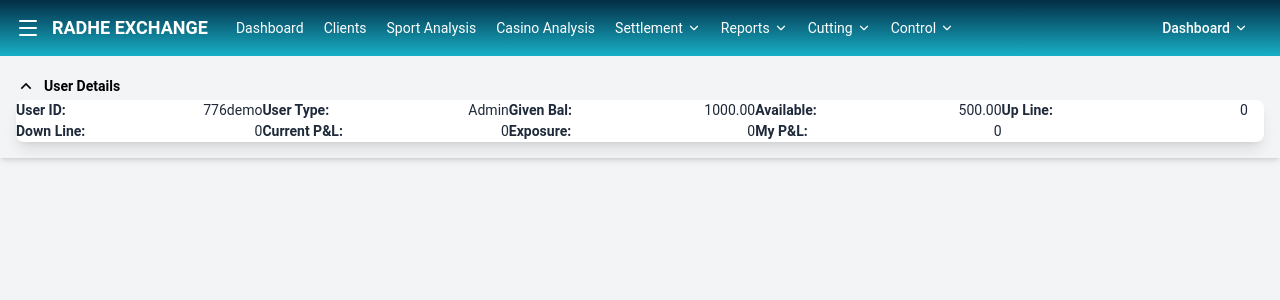
Repository: Habeebur1493/Radhe-Exchange
Page: /dashboard (app in frontend/), after clicking the first element matching `div.cursor-pointer`
These files come from the project's save history. The page is drawn as it stood at one moment and after the next save; the edit follows.
The browser window is 1280 px wide. The pictures show the whole page.
Some web libraries are served in a nearby version. The project was rebuilt for these pictures with package versions that can differ from the ones it lists, and the page was loaded fresh each time. Also part of the build but not shown: frontend/vite.config.js, frontend/src/components/login.jsx, frontend/src/components/Register.jsx.

Above is the page before, as saved 2025-03-04 10:33:00.

### frontend/index.html
<!doctype html>
<html lang="en">
  <head>
    <meta charset="UTF-8" />
    <meta name="viewport" content="width=device-width, initial-scale=1.0" />
    <link
    href="https://cdn.jsdelivr.net/npm/remixicon@4.5.0/fonts/remixicon.css"
    rel="stylesheet"
/>
    <title>Radheexch | Admin</title>

  </head>
  <body>
    <div id="root"></div>
    <script type="module" src="/src/main.jsx"></script>
  </body>
</html>

### frontend/src/App.jsx
import React from "react";
import "./App.css";
import { Navigate, Routes, Route } from "react-router-dom";
import Login from "./components/login";
import Register from "./components/Register";
import Dashboard from "./components/dashboard";

const App = () => {
  return (
    <div>
      <Routes>
        <Route path="/" element={<Navigate to="/login" />} />
        <Route path="/login" element={<Login />} />
        <Route path="/register" element={<Register />} />
        <Route path="/dashboard" element={<Dashboard />} />
      </Routes>
    </div>
  );
};

export default App;

### frontend/src/App.css
@import "tailwindcss";

@import url('https://fonts.googleapis.com/css2?family=Roboto:ital,wght@0,100..900;1,100..900&display=swap');

:root {
    --primary-background: linear-gradient(#022d45, #18b0c7);
    --secondary-background: linear-gradient(#5dcbde, #075366);
    --tertiary-background: linear-gradient(#007182, #4ab4c7);
}

.main{
    background: var(--primary-background);
    font-family: "Roboto", sans-serif;
}

.btn{
    background: var(--secondary-background);
    font-family: "Roboto", sans-serif;
}

nav{
    background: var(--primary-background);
    font-family: "Roboto", sans-serif;
    font-size: 14px;
}
.dashboard{
    font-family: "Roboto", sans-serif;
    font-size: 14px;
}

.sidebar{
    background: var(--tertiary-background);
    font-family: "Roboto", sans-serif;
    font-size: 14px;
}

### frontend/src/components/dashboard.jsx
import React, { useState } from "react";
import { Menu, ChevronDown } from "lucide-react";

const Dashboard = () => {
  const [sidebarOpen, setSidebarOpen] = useState(false);
  const [isDropdownOpen, setIsDropdownOpen] = useState(false);
  const [isOpen, setIsOpen] = useState(false);


  return (
    <div className="dashboard min-h-screen bg-gray-100 overflow-x-hidden">
      {/* Navbar */}
      <nav className="bg-[--primary-background] text-white flex items-center h-14 px-4 shadow-md">
        {/* Left Section: Logo & Menu Button */}
        <div className="flex items-center space-x-3">
          <button
            onClick={() => setSidebarOpen(!sidebarOpen)}
            className="text-white"
          >
            <Menu size={24} />
          </button>
          <h1 className="text-lg font-bold">RADHE EXCHANGE</h1>
        </div>

        {/* Navbar Links (Now Closer to H1) */}
        <div className="ml-6 flex items-center">
          <ul className="hidden md:flex space-x-3">
            {["Dashboard", "Clients", "Sport Analysis", "Casino Analysis"].map(
              (item) => (
                <li key={item}>
                  <a
                    href="#"
                    className="h-14 flex items-center px-1 hover:bg-[#18b0c7] transition-all duration-200 ease-in-out"
                  >
                    {item}
                  </a>
                </li>
              )
            )}

            {/* Dropdown Menus */}
            {["Settlement"].map((item) => (
              <li key={item} className="relative group">
                <button className="h-14 flex items-center px-1 hover:bg-[#18b0c7] transition-all duration-200 ease-in-out">
                  {item}
                  <ChevronDown size={14} className="ml-1" />
                </button>

                {/* Dropdown - Show on Hover */}
                <div className="absolute left-0 mt-0 w-40 bg-[#16a2ba] text-white opacity-0 group-hover:opacity-100 group-hover:block transition-all duration-200 ease-in-out">
                  <a
                    href="#"
                    className="block px-4 py-2 hover:bg-[#107a8d] border-b-1 border-gray-500"
                  >
                    User
                  </a>
                  <a href="#" className="block px-4 py-2 hover:bg-[#107a8d]">
                    Master
                  </a>
                </div>
              </li>
            ))}
            {/* Dropdown Menus */}
            {["Reports"].map((item) => (
              <li key={item} className="relative group">
                <button className="h-14 flex items-center px-1 hover:bg-[#18b0c7] transition-all duration-200 ease-in-out">
                  {item}
                  <ChevronDown size={14} className="ml-1" />
                </button>

                {/* Dropdown - Show on Hover */}
                <div className="absolute left-0 mt-0 w-40  bg-[#16a2ba] text-white opacity-0 group-hover:opacity-100 group-hover:block transition-all duration-200 ease-in-out">
                  <a
                    href="#"
                    className="block px-4 py-2 hover:bg-[#107a8d] border-b-1 border-gray-500"
                  >
                    User Detail
                  </a>
                  <a
                    href="#"
                    className="block px-4 py-2 hover:bg-[#107a8d] border-b-1 border-gray-500"
                  >
                    Account Satatement
                  </a>
                  <a
                    href="#"
                    className="block px-4 py-2 hover:bg-[#107a8d]  border-b-1 border-gray-500"
                  >
                    Settlement/Balance Report
                  </a>
                  <a
                    href="#"
                    className="block px-4 py-2 hover:bg-[#107a8d]  border-b-1 border-gray-500"
                  >
                    Transaction Report
                  </a>
                  <a
                    href="#"
                    className="block px-4 py-2 hover:bg-[#107a8d]  border-b-1 border-gray-500"
                  >
                    Current Bets
                  </a>
                  <a
                    href="#"
                    className="block px-4 py-2 hover:bg-[#107a8d]  border-b-1 border-gray-500"
                  >
                    Profit & Loss Report
                  </a>
                  <a
                    href="#"
                    className="block px-4 py-2 hover:bg-[#107a8d]  border-b-1 border-gray-500"
                  >
                    Event Profit & Loss Report
                  </a>
                  <a
                    href="#"
                    className="block px-4 py-2 hover:bg-[#107a8d]  border-b-1 border-gray-500"
                  >
                    Bet History
                  </a>
                  <a
                    href="#"
                    className="block px-4 py-2 hover:bg-[#107a8d]  border-b-1 border-gray-500"
                  >
                    Live Bets
                  </a>
                  <a
                    href="#"
                    className="block px-4 py-2 hover:bg-[#107a8d] border-b-1 border-gray-500"
                  >
                    Sports Revenue
                  </a>
                  <a
                    href="#"
                    className="block px-4 py-2 hover:bg-opacity-50  border-b-1 border-gray-500"
                  >
                    IP lookup
                  </a>
                </div>
              </li>
            ))}
            {/* Dropdown Menus */}
            {["Cutting"].map((item) => (
              <li key={item} className="relative group">
                <button className="h-14 flex items-center px-1 hover:bg-[#18b0c7] transition-all duration-200 ease-in-out">
                  {item}
                  <ChevronDown size={14} className="ml-1" />
                </button>

                {/* Dropdown - Show on Hover */}
                <div className="absolute left-0 mt-0 w-40  bg-[#16a2ba] text-white opacity-0 group-hover:opacity-100 group-hover:block transition-all duration-200 ease-in-out">
                  <a
                    href="#"
                    className="block px-4 py-2 hover:bg-[#107a8d]  border-b-1 border-gray-500"
                  >
                    Agent Master
                  </a>
                  <a href="#" className="block px-4 py-2 hover:bg-[#107a8d]">
                    Cutting History
                  </a>
                </div>
              </li>
            ))}
            {/* Dropdown Menus */}
            {["Control"].map((item) => (
              <li key={item} className="relative group">
                <button className="h-14 flex items-center px-1 hover:bg-[#18b0c7] transition-all duration-200 ease-in-out">
                  {item}
                  <ChevronDown size={14} className="ml-1" />
                </button>

                {/* Dropdown - Show on Hover */}
                <div className="absolute left-0 mt-1 w-40  bg-[#16a2ba] text-white opacity-0 group-hover:opacity-100 group-hover:block transition-all duration-200 ease-in-out">
                  <a
                    href="#"
                    className="block px-4 py-2 hover:bg-[#107a8d]  border-b-1 border-gray-500"
                  >
                    Game
                  </a>
                  <a href="#" className="block px-4 py-2 hover:bg-[#107a8d]">
                    Casino
                  </a>
                </div>
              </li>
            ))}
          </ul>
        </div>

        {/* Move Dashboard Dropdown to the Right */}
        <div className="ml-auto">
          <ul className="hidden md:flex text-sm font-medium">
            <li className="relative">
              <button
                onClick={() => setIsDropdownOpen(!isDropdownOpen)}
                className="flex items-center space-x-1 focus:outline-none px-4 h-14"
              >
                <span>Dashboard</span>
                <ChevronDown size={14} />
              </button>

              {/* Dropdown Menu - Shows on Click */}
              {isDropdownOpen && (
                <div className="absolute h-20 right-5 w-40 bg-white text-gray-800 shadow-md rounded-md">
                  <a href="#" className="block px-4 py-2 hover:bg-gray-200">
                    Change Password
                  </a>
                  <a href="#" className="block px-4 py-2 hover:bg-gray-200">
                    Log Out
                  </a>
                </div>
              )}
            </li>
          </ul>
        </div>
      </nav>

      {/* Header */}
      <header className="bg-gray-100 p-4 shadow-md">
      {/* Dropdown Toggle */}
      <div
        className="cursor-pointer flex items-center space-x-2"
        onClick={() => setIsOpen(!isOpen)}
      >
        <i className={`ri-arrow-down-s-line text-xl transition-transform ${isOpen ? "rotate-180" : ""}`}></i>
        <span className="font-semibold">User Details</span>
      </div>

      {/* Dropdown Content */}
      {isOpen && (
        <div className=" bg-white shadow-lg rounded-lg transition-all duration-300">
          <div className="grid grid-cols-5 mr-4 text-gray-800">
            {[
              { label: "User ID", value: "776demo" },
              { label: "User Type", value: "Admin" },
              { label: "Given Bal", value: "1000.00" },
              { label: "Available", value: "500.00" },
              { label: "Up Line", value: "0" },
              { label: "Down Line", value: "0" },
              { label: "Current P&L", value: "0" },
              { label: "Exposure", value: "0" },
              { label: "My P&L", value: "0" },
            ].map((item, index) => (
              <div key={index} className="flex items-center justify-between">
                <label className="font-semibold">{item.label}:</label>
                <span className="ml-2">{item.value}</span>
              </div>
            ))}
          </div>
        </div>
      )}
    </header>

      {/* Sidebar */}
      {sidebarOpen && (
        <div className="sidebar bg-[--tertiary-background] shadow-lg w-60 h-full absolute top-[56px] left-0 p-2">
          <ul className="space-y-2 text-gray-800">
            {[
              "Dashboard",
              "Clients",
              "Sport Analysis",
              "Casino Analysis",
              "Settlement",
              "Reports",
              "Cutting",
              "Control",
            ].map((item) => (
              <li key={item}>
                <a
                  href="#"
                  className="block hover:bg-gray-200 p-2 rounded transition-all duration-200 ease-in-out"
                >
                  {item}
                </a>
              </li>
            ))}
          </ul>
        </div>
      )}
    </div>
  );
};

export default Dashboard;

Loaded but not shown: frontend/src/main.jsx (common file)

After the next save:
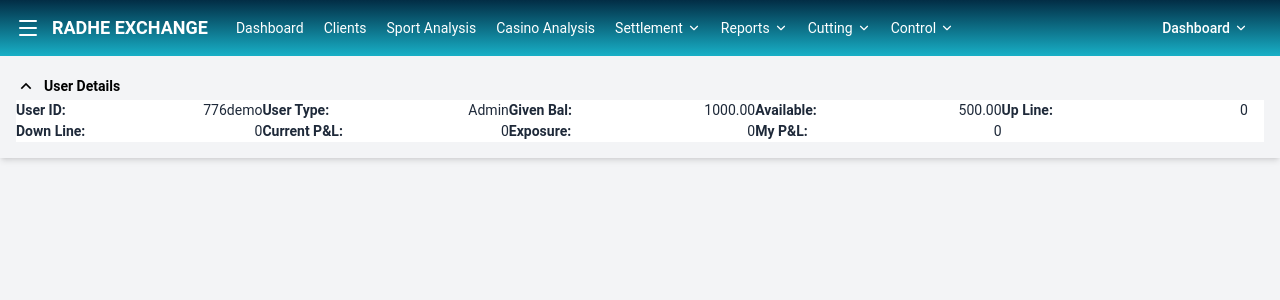
Saved 2 min 27 s later.
--- a/frontend/src/components/dashboard.jsx
+++ b/frontend/src/components/dashboard.jsx
@@ -227,7 +227,7 @@ const Dashboard = () => {
 
       {/* Dropdown Content */}
       {isOpen && (
-        <div className=" bg-white shadow-lg rounded-lg transition-all duration-300">
+        <div className=" bg-white transition-all duration-300">
           <div className="grid grid-cols-5 mr-4 text-gray-800">
             {[
               { label: "User ID", value: "776demo" },
